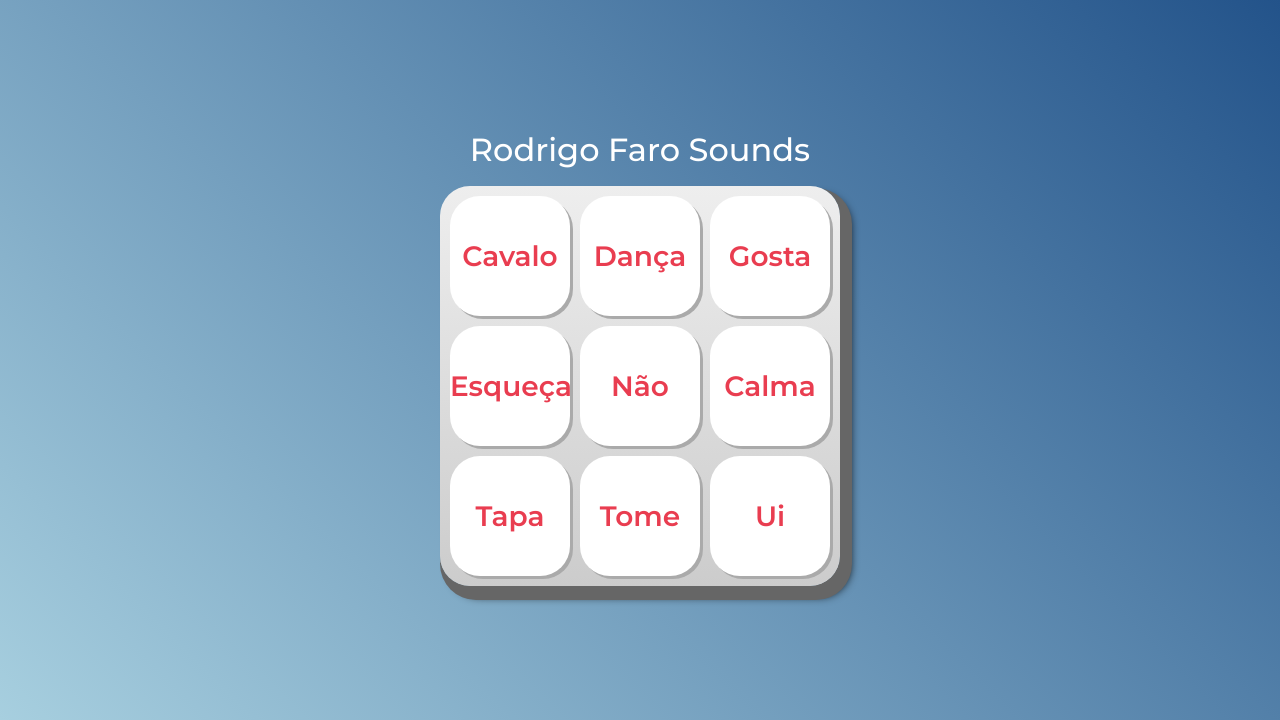
Repository: barbara-teresa-toledo/rodrigo-faro-sounds
Page: index.html
An editor plug-in stored every save of this project. The page is shown before and after the next save, followed by the edit.
The browser window is 1280 px wide. The pictures show the whole page.

Above is the page before, as saved 2022-08-02 16:18:43.

After the next save:
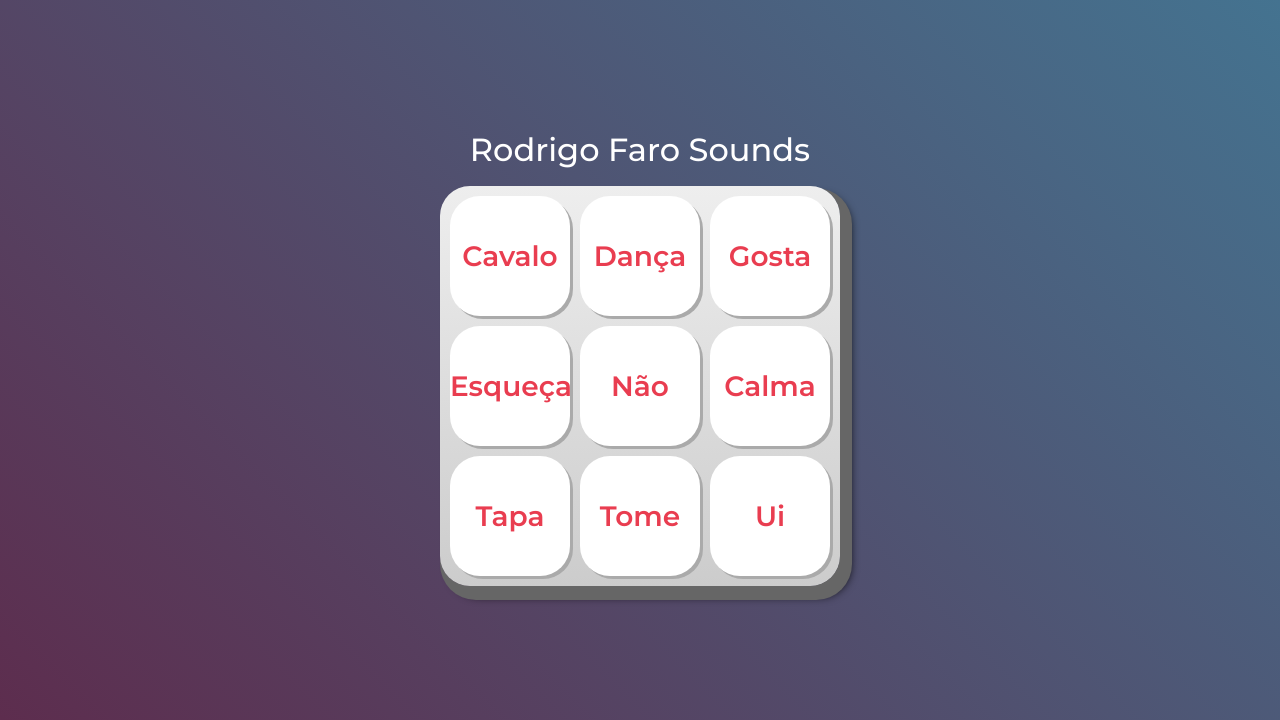
Saved 96 s later.
--- a/css/estilos.css
+++ b/css/estilos.css
@@ -8,7 +8,7 @@
 
 body {
   align-items: center;
-  background: linear-gradient(45deg, #a7cfdf 0%,#23538a 100%);
+  background: linear-gradient(45deg, #5d2d4e 0%,#447390 100%);
   display: flex;
   justify-content: center;
   flex-direction: column;
